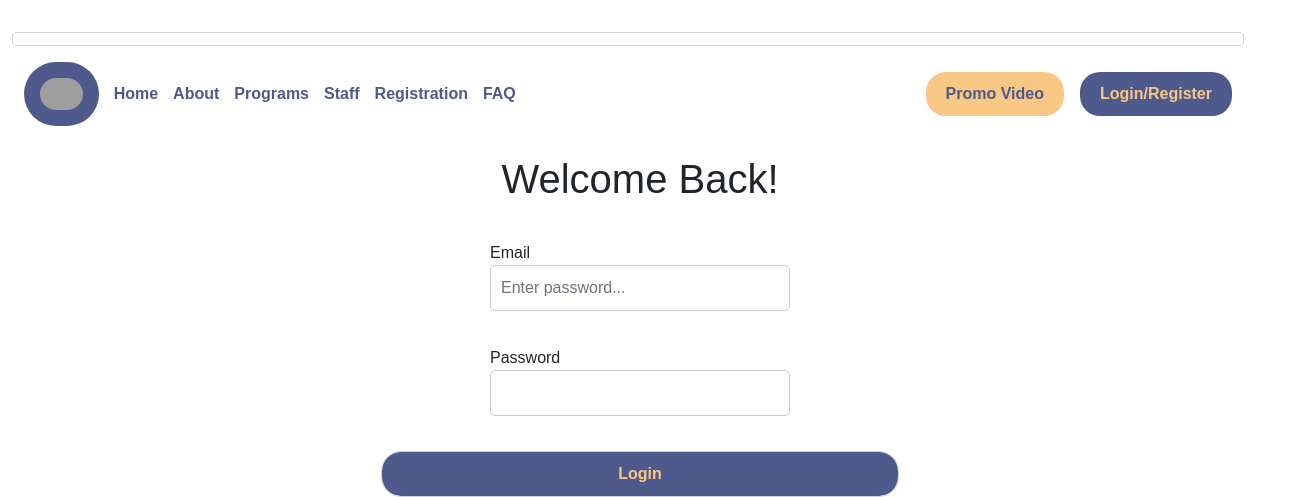
Repository: fullstackatbrown/project-necysc
Page: necysc_app/templates/necysc_app/applicant/login.html
An editor plug-in stored every save of this project. The page is shown before and after the next save, followed by the edit.
The browser window is 1280 px wide. The page is 1292 px wide, so the pictures cover 1292 px, including what lies to the right of the window. The pictures show the part of the page from y = 0 to 497 px (the page is 1172 px tall).
Pictures or frames that could not be fetched are drawn as grey boxes. Some web fonts or font styles are not loaded; a fallback is used. The template is drawn by Django 5.2. The application's start-up code is not run. The template is opened directly, without the code that normally fills it, so the values that code supplies are empty.

Above is the page before, as saved 2024-12-04 01:06:24.

After the next save:
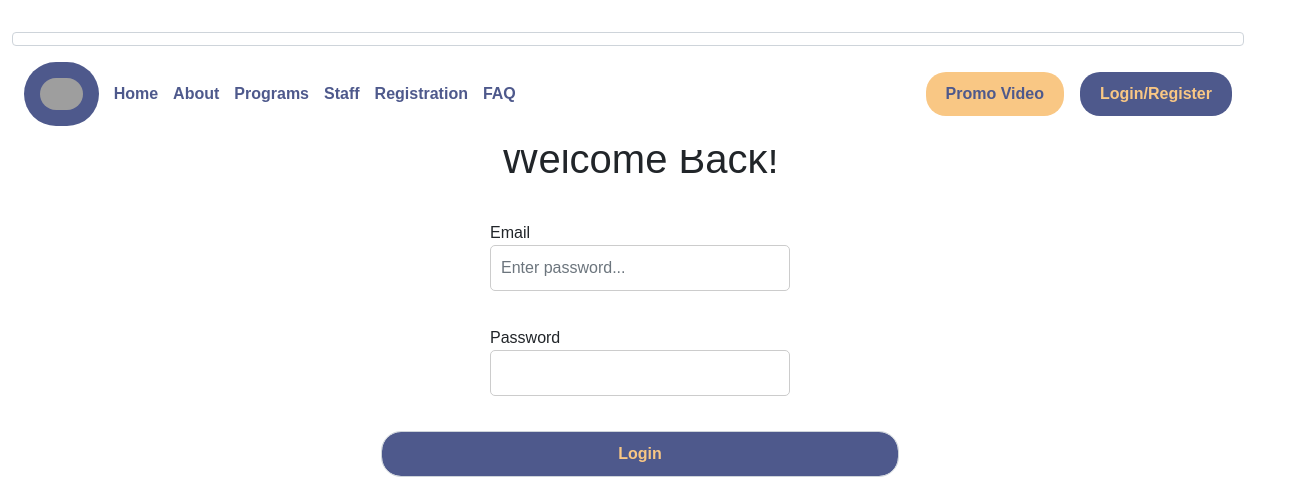
Saved 20 s later.
--- a/necysc_app/templates/necysc_app/applicant/login.html
+++ b/necysc_app/templates/necysc_app/applicant/login.html
@@ -37,8 +37,8 @@ Register {% endblock %} {% block content %}
 
     <!-- Register Form -->
     <div class="register_form">
-        <h2>Don't Have an Account?</h2>
-        <p>Sign up for the summer!</p>
+        <h2 class="custom-h2">Don't Have an Account?</h2>
+        <p class="custom-p">Sign up for the summer!</p>
         <a class="" href="{% url 'necysc_app:register' %}">Sign Up</a>
     </div>
     <script>
